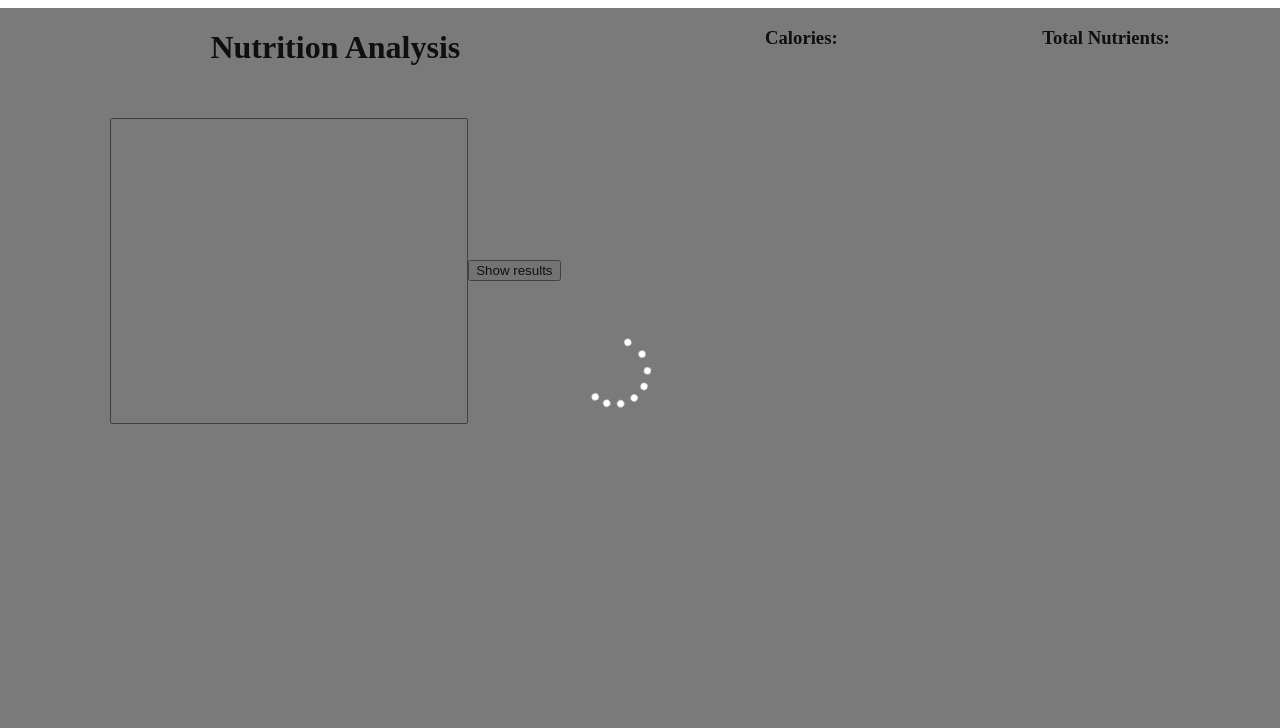
Repository: asya-aisa/nutrition-app
Page: /
These files come from the project's save history. The page is drawn as it stood at one moment and after a run of saves; the edit follows.
The browser window is 1280 px wide. The pictures show the whole page.
The page's requests for data from a server got no answer. The project was rebuilt for these pictures with package versions that can differ from the ones it lists, and the page was loaded fresh each time. No one was signed in, and anything a server would have sent is missing. Also part of the build but not shown: src/MyComponent.js.

Above is the page before, as saved 2023-09-25 20:41:43.

After the next 2 saves:
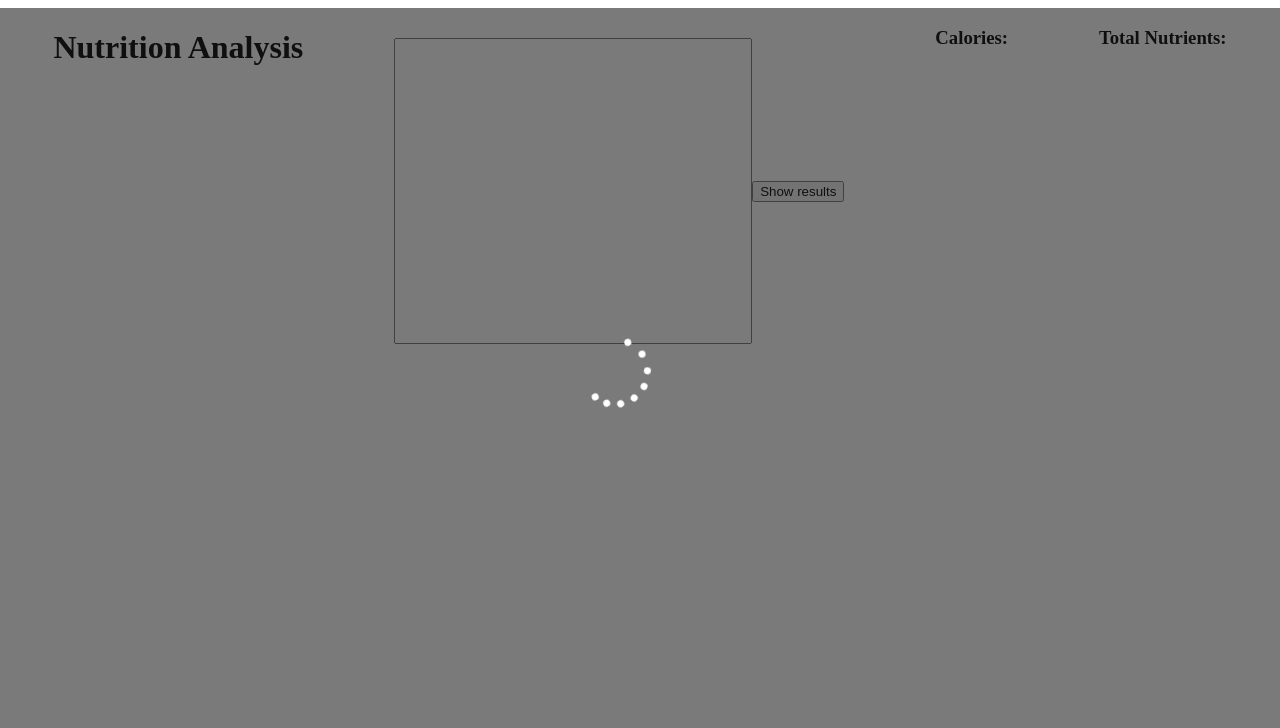
The 2 saves are shown as one change because they came seconds apart.
The last was saved 11 s later.
--- a/src/App.js
+++ b/src/App.js
@@ -55,10 +55,11 @@ function App() {
   return (
     <div className="App">
 {stateLoader && <LoaderPage />}
-      <form>
-        <div className='cont'>
+<div className='cont'>
           <h1>Nutrition Analysis</h1>
         </div>
+      <form>
+
 
         <input type='text' onChange={handleInput} />
         <button onClick={changeBody}>Show results</button>
